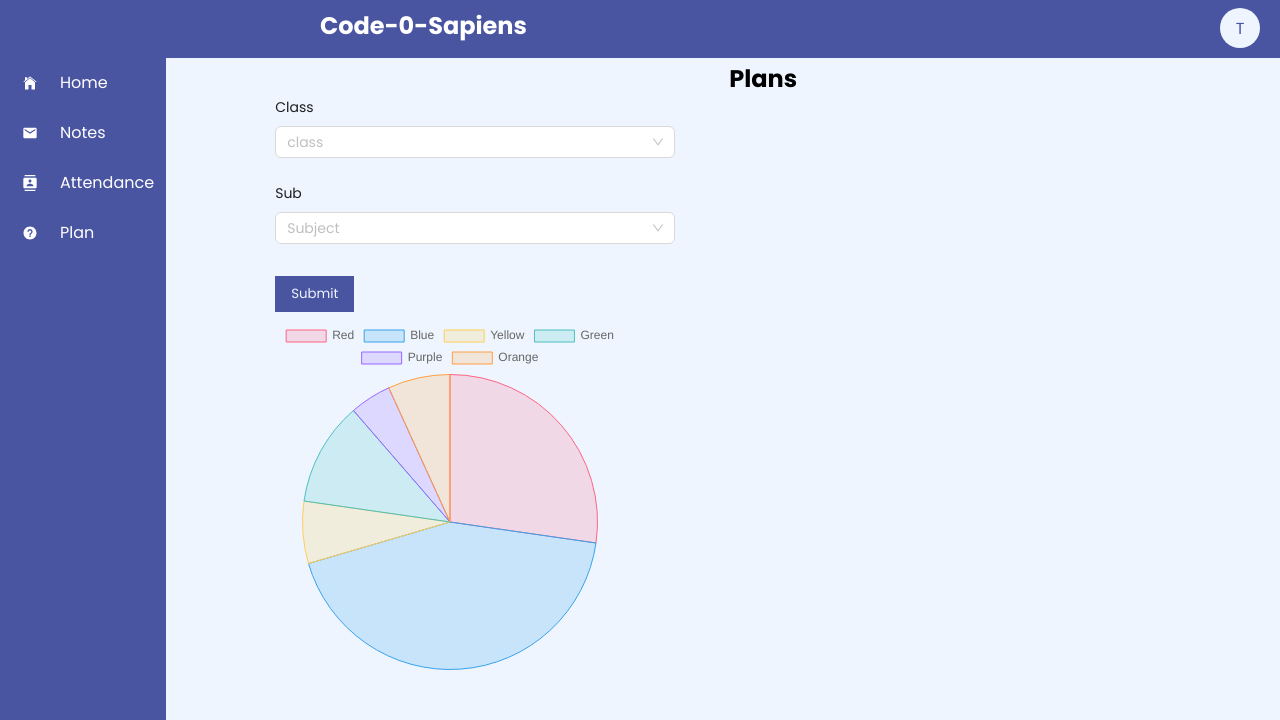
Repository: sinchana-P/code-0-sapiens
Page: /plans (app in client/)
These files come from the project's save history. The page is drawn as it stood at one moment and after the next save; the edit follows.
The browser window is 1280 px wide. The pictures show the whole page.
The project was rebuilt for these pictures with package versions that can differ from the ones it lists, and the page was loaded fresh each time. Also part of the build but not shown: client/src/components/auth/login/FormLayoutLogin.jsx, client/src/components/auth/login/Login.jsx, client/src/components/auth/register/FormLayoutRegister.jsx, client/src/components/auth/register/Register.jsx, client/src/components/homeScene/Home.jsx, client/src/components/notes/Notes.jsx, client/src/components/attendance/Attendance.jsx, client/src/components/profile/Profile.jsx and 5 more.

Above is the page before, as saved 2024-03-01 07:36:14.

### client/public/index.html
<!DOCTYPE html>
<html lang="en">
  <head>
    <meta charset="utf-8" />
    <link rel="icon" href="%PUBLIC_URL%/favicon.ico" />
    <meta name="viewport" content="width=device-width, initial-scale=1" />
    <meta name="theme-color" content="#000000" />
    <meta
      name="description"
      content="Web site created using create-react-app"
    />
    <link rel="apple-touch-icon" href="%PUBLIC_URL%/logo192.png" />
    <!--
      manifest.json provides metadata used when your web app is installed on a
      user's mobile device or desktop. See https://developers.google.com/web/fundamentals/web-app-manifest/
    -->
    <link rel="manifest" href="%PUBLIC_URL%/manifest.json" />
    <!--
      Notice the use of %PUBLIC_URL% in the tags above.
      It will be replaced with the URL of the `public` folder during the build.
      Only files inside the `public` folder can be referenced from the HTML.

      Unlike "/favicon.ico" or "favicon.ico", "%PUBLIC_URL%/favicon.ico" will
      work correctly both with client-side routing and a non-root public URL.
      Learn how to configure a non-root public URL by running `npm run build`.
    -->
    <link rel="preconnect" href="https://fonts.googleapis.com">
<link rel="preconnect" href="https://fonts.gstatic.com" crossorigin>
<link href="https://fonts.googleapis.com/css2?family=Poppins:ital,wght@0,100;0,200;0,300;0,400;0,500;0,600;0,700;0,800;0,900;1,100;1,200;1,300;1,400;1,500;1,600;1,700;1,800;1,900&display=swap" rel="stylesheet">
    <title>Code-0-Sapiens</title>
  </head>
  <body>
    <noscript>You need to enable JavaScript to run this app.</noscript>
    <div id="root"></div>
    <!--
      This HTML file is a template.
      If you open it directly in the browser, you will see an empty page.

      You can add webfonts, meta tags, or analytics to this file.
      The build step will place the bundled scripts into the <body> tag.

      To begin the development, run `npm start` or `yarn start`.
      To create a production bundle, use `npm run build` or `yarn build`.
    -->
  </body>
</html>

### client/src/index.js
import React from 'react';
import ReactDOM from 'react-dom/client';
import './index.css';
import App from './App';
import reportWebVitals from './reportWebVitals';
import { BrowserRouter } from 'react-router-dom'
import { apiSlice } from './api/apiSlice';
import {ApiProvider} from '@reduxjs/toolkit/query/react'

const root = ReactDOM.createRoot(document.getElementById('root'));
root.render(
  <BrowserRouter>
    <React.StrictMode>
      <ApiProvider api={apiSlice}>
        <App />
      </ApiProvider>
    </React.StrictMode>
  </BrowserRouter>,
);

// If you want to start measuring performance in your app, pass a function
// to log results (for example: reportWebVitals(console.log))
// or send to an analytics endpoint. Learn more: https://bit.ly/CRA-vitals
reportWebVitals();

### client/src/App.jsx

import './App.css';
import { useState } from 'react';
import { Routes, Route } from 'react-router-dom'
import Login from './components/auth/login/Login'
import Register from './components/auth/register/Register';
import Topbar from './components/global/topbar/Topbar';
import Sidebar from './components/global/sidebar/Sidebar';
import Home from './components/homeScene/Home';
import Notes from './components/notes/Notes';
import Plans from './components/plans/Plans';
import Attendance from './components/attendance/Attendance';
import Profile from './components/profile/Profile';
import StudentSidebar from './components/global/sidebar/StudentSidebar';
import StdHome from './components/stdHome/StdHome';
import StdAttendance from './components/stdAttendance/StdAttendance'
import StdNotes from './components/stdNotes/StdNotes';
import StdDoubts from './components/stdDoubts/StdDoubts';

function App() {
  const [userRole, setUserRole] = useState('Teacher')

  return (
    <div className="App">
      <div className='app-container'>

      <Topbar userRole={userRole}/>

        <div className='main-content'>
          <div className='left-content-container'>

          {
            userRole === 'Teacher' ? (<Sidebar /> ) : (<StudentSidebar /> )
          }

          </div>
          <div className='right-content-container'>
            <Routes>
              <Route path='/login' element={ <Login/> } />
              <Route path='/register' element={ <Register/> } />
              <Route path='/home' element={ <Home/> } />
              <Route path='/notes' element={ <Notes/> } />
              <Route path='/attendance' element={ <Attendance/> } />
              <Route path='/plans' element={ <Plans/> } />
              {/* <Route path='/profile' element={ <Profile/> } /> */}
              <Route path='/student' element={ <StdHome/> } />
              <Route path='/student/attendance' element={ <StdAttendance/> } />
              <Route path='/student/attendance' element={ <StdNotes/> } />
              <Route path='/student/attendance' element={ <StdDoubts/> } />
            </Routes>
          </div>
        </div>
      </div>

    </div>
  );
}

export default App;

### client/src/api/apiSlice.js
import {createApi,fetchBaseQuery} from '@reduxjs/toolkit/query/react'


export const apiSlice = createApi({
       reducerPath:"api",
       baseQuery:fetchBaseQuery({baseUrl:""}),
       tagTypes:['auth', 'student'],
       endpoints:(builder)=>({
        register: builder.mutation({
            query: (data) => ({
                url: '/register',
                method: "POST",
                body: data
            }),
            invalidatesTags:['auth']
        }),
        login: builder.mutation({
            query: (data) => ({
                url: '/login',
                method: "POST",
                body: data
            }),
            invalidatesTags:['auth']
        }),
            //   getTodos:builder.query({
            //          query:()=>'/auth',
            //          transformResponse: (res: Todo[]) =>  {
            //                 // Ensure res is an array before sorting
            //                 console.log(res);

            //                 if (Array.isArray(res)) {
            //                     return res.sort((a, b) => b.id - a.id);
            //                 } else {
            //                     return res;
            //                 }
            //             },

            //          providesTags:['todos']
            //   }),
            //   addTodo:builder.mutation({
            //          query:(todo)=>({
            //                 url:'/todos',
            //                 method:"POST",
            //                 body:todo
            //          }),
            //          invalidatesTags:['todos']
            //   }),
            //   updateTodo:builder.mutation({
            //          query:(todo)=>({
            //                 url:/todos/${todo.id},
            //                 method:'PATCH',
            //                 body:todo
            //          }),
            //          invalidatesTags:['todos']
            //   }),
            //   deleteTodo:builder.mutation({
            //          query:(id)=>({

            //                 url:/todos/${id},
            //                 method:'DELETE',
            //                 body:id
            //          }),
            //          invalidatesTags:['todos']
            //   })

       })
})

export const { useRegisterMutation,useLoginMutation } = apiSlice

### client/src/App.css
@import url('https://fonts.googleapis.com/css2?family=Poppins:ital,wght@0,100;0,200;0,300;0,400;0,500;0,600;0,700;0,800;0,900;1,100;1,200;1,300;1,400;1,500;1,600;1,700;1,800;1,900&display=swap');

* {
  font-family: "Poppins", sans-serif;
}

/* --- */
.full-width-container {
  width: 100%;
  display: flex;
  justify-content: center;
  align-items: center;
}
/* --- */

.right-content-container {
  background-color: #EEF5FF;
  display: flex;
  align-items: start;
  justify-content: center;
}

.app-container {
  display: flex;
  flex-direction: column;
}

.main-content {
  display: flex;
  flex-direction: row;
}

.left-content-container {
  width: 13vw;
}

.right-content-container {
  width: 87vw;

}

### client/src/components/global/topbar/Topbar.jsx
import React, {useState} from 'react'
import './Topbar.css'

const Topbar = ({userRole}) => {
  // const [userRole, setUserRole] = useState('Teacher')

  return (
    <div className='topbar-container'>
        <h2 style={{textAlign: 'left'}} className='logo-text'>Code-0-Sapiens</h2>

        <div className='profile-div'>
          {userRole === 'Teacher' ? 'T' : (userRole === 'Student' ? 'S' : '')}
        </div>
    </div>
  )
}

export default Topbar

### client/src/components/global/sidebar/Sidebar.jsx
import './Sidebar.css'
import { SidebarData } from './SidebarData';
import { Link, NavLink } from 'react-router-dom';


const Sidebar=()=> {
  return (
    <div className='sidebar'>
       <ul className='sidebarList'>
        {
        SidebarData.map((value,key)=>{
            return (
              <NavLink to={value.route} key={key} className='row' >
                <div id='icon'>{value.icon}</div>
                <div id='title'>{value.title}</div>
              </NavLink>
            )
        })
        }
       </ul>
    </div>
  )
}

export default Sidebar

### client/src/components/plans/Plans.jsx
import React, {useState} from 'react';
import { Form, Select, Checkbox } from 'antd';
import './Plans.css'
import { Chart as ChartJS, ArcElement, Tooltip, Legend } from 'chart.js';
import { Pie } from 'react-chartjs-2';


const SidebarData = [
  {
    cls_id: '8',
    sub_id: '1',
    mod_id: 'Module 1',
    chp_id: 'Chapter 1',
    completed: true
  },
  {
    cls_id: '8',
    sub_id: '1',
    mod_id: 'Module 1',
    chp_id: 'Chapter 2',
    completed: false
  },
  {
    cls_id: '8',
    sub_id: '1',
    mod_id: 'Module 1',
    chp_id: 'Chapter 3',
    completed: true
  },
  {
    cls_id: '8',
    sub_id: '1',
    mod_id: 'Module 1',
    chp_id: 'Chapter 4',
    completed: false
  },
  {
    cls_id: '8',
    sub_id: '1',
    mod_id: 'Module 1',
    chp_id: 'Chapter 5',
    completed: true
  },
  {
    cls_id: '8',
    sub_id: '1',
    mod_id: 'Module 2',
    chp_id: 'Chapter 1',
    completed: false
  },
  {
    cls_id: '8',
    sub_id: '1',
    mod_id: 'Module 2',
    chp_id: 'Chapter 2',
    completed: true
  },
  {
    cls_id: '8',
    sub_id: '1',
    mod_id: 'Module 2',
    chp_id: 'Chapter 3',
    completed: true
  },
  {
    cls_id: '8',
    sub_id: '1',
    mod_id: 'Module 2',
    chp_id: 'Chapter 4',
    completed: true
  },
  {
    cls_id: '8',
    sub_id: '1',
    mod_id: 'Module 2',
    chp_id: 'Chapter 5',
    completed: true
  }
];

const CheckboxGroup = Checkbox.Group;
ChartJS.register(ArcElement, Tooltip, Legend);

const Plans = () => {

    const [isSubmit, setIsSubmit] = useState(false)

    const data = {
      labels: ['Red', 'Blue', 'Yellow', 'Green', 'Purple', 'Orange'],
      datasets: [
        {
          label: '# of Votes',
          data: [12, 19, 3, 5, 2, 3],
          backgroundColor: [
            'rgba(255, 99, 132, 0.2)',
            'rgba(54, 162, 235, 0.2)',
            'rgba(255, 206, 86, 0.2)',
            'rgba(75, 192, 192, 0.2)',
            'rgba(153, 102, 255, 0.2)',
            'rgba(255, 159, 64, 0.2)',
          ],
          borderColor: [
            'rgba(255, 99, 132, 1)',
            'rgba(54, 162, 235, 1)',
            'rgba(255, 206, 86, 1)',
            'rgba(75, 192, 192, 1)',
            'rgba(153, 102, 255, 1)',
            'rgba(255, 159, 64, 1)',
          ],
          borderWidth: 1,
        },
      ],
    };

  // Grouping chapters by module
  const groupedChapters = SidebarData.reduce((acc, curr) => {
    const { mod_id, chp_id } = curr;
    if (!acc[mod_id]) {
      acc[mod_id] = [];
    }
    acc[mod_id].push(chp_id);
    console.log('acc');
    console.log(acc);
    return acc;
  }, {});

  const handleSubmit = () => {
    setIsSubmit(true)
  }

  return (
    <div className='plans-main'>
      <h2 className='heading'>Plans</h2>

         <div className='plans-container'>
            <div>
                <Form
                layout="vertical"
                name="basic"
                labelCol={{ span: 8 }}
                wrapperCol={{ span: 16 }}
                style={{ maxWidth: 600 }}
                initialValues={{ remember: true }}
                autoComplete="off"
            >
                <Form.Item label="Class" rules={[{ required: true, message: 'Please select class!' }]}>
                <Select placeholder="class">
                    <Select.Option value="class8">Class 8</Select.Option>
                    <Select.Option value="class9">Class 9</Select.Option>
                    <Select.Option value="class10">Class 10</Select.Option>
                </Select>
                </Form.Item>
                <Form.Item label="Sub" rules={[{ required: true, message: 'Please select class!' }]}>
                <Select placeholder="Subject">
                    <Select.Option value="maths">Maths</Select.Option>
                    <Select.Option value="science">Science</Select.Option>
                    <Select.Option value="social">Social</Select.Option>
                </Select>
                </Form.Item>
            </Form>

            <button onClick={handleSubmit}>Submit</button>

                <div>
                    {isSubmit && (
                        <>
                        {Object.keys(groupedChapters).map((module, index) => (

                          <div key={index} className='module-chapters-checkbox'>
                          <h3>{module}</h3>
                          <CheckboxGroup>
                              {groupedChapters[module].map((chapter, i) => (
                              <Checkbox checked key={i} value={chapter} style={{width: '1200px'}} >
                                  {chapter}
                              </Checkbox>
                              ))}
                          </CheckboxGroup>

                          </div>

                      ))}
                      <button>Update Plan</button>
                        </>
                    )}
                </div>
            </div>

            <div style={{width:'350px', height: '350px'}} className='pie-container'>
              <Pie
                data={data}
                width={50}
                height={50}
              />
            </div>
         </div>





    </div>



  );
}

export default Plans;

### client/src/components/auth/login/Login.css
.login-container{
    padding: 1rem 0;
    /* background-color: pink; */
    width: 50vw;

}

h2 {
    text-align: center;
    margin-left: 20rem;
}

### client/src/components/auth/register/Register.css
.register-container{
    padding: 1rem 0;
    /* background-color: pink; */
    width: 50vw;

}

h2 {
    text-align: center;
    margin-left: 20rem;
}

### client/src/components/global/topbar/Topbar.css
.topbar-container {
    background-color: #4A55A2;
    min-width: 95vw;
    height: 4rem;
    display: flex;
    flex-direction: row;
    justify-content: space-between;
}

.profile-div {
    background-color: #EEF5FF;
    color: #4a55a2;
    width: 40px;
    height: 40px;
    border-radius: 50%;
    display: flex;
    justify-content: center;
    align-items: center;
    margin-top: 8px;
    margin-right: 20px;
}

.logo-text {
    color: white;
    /* text-align: center; */
    margin-top: 0.5rem;
}

### client/src/components/global/sidebar/Sidebar.css
*{
    margin: 0;
    padding: 0;
  }
  .App{
    width: 100vw;
    height: 100vh;
    display: flex;
  }

  .sidebar{
    height: 92vh;
    width: 200px;
    background-color: #4A55A2;
  }

  .sidebarList{
    height: auto;
    width: 100%;
    padding: 0;
  }

  .sidebarList .row{
    width: 100%;
    height: 50px;
    list-style-type: none;
    margin: 0;
    display: flex;
    flex-direction: row;
    color: white;
    justify-content: center;
    align-items: center;
    text-decoration: none;
  }

  .sidebarList .row:hover{
    cursor: pointer;
    background-color: #EEF5FF;
    color: black;

  }

  .row #icon{
    flex: 30%;
    display: grid;
    place-items: center;
  }

  .row #title{
    flex: 70%;
  }

  .row .active {
    background-color: #EEF5FF;
    color: black;
  }

### client/src/components/global/sidebar/SidebarData.js
import { IoIosHome,IoMdHelpCircle } from "react-icons/io";
import { MdEmail,MdContacts } from "react-icons/md";
import { FaRegCalendarCheck } from "react-icons/fa";


export const SidebarData=[
       {
              title:"Home",
              icon:<IoIosHome />,
              route:"/"
       },
       {
              title:"Notes",
              icon:<MdEmail />,
              route:"/notes"
       },
       {
              title:"Attendance",
              icon:<MdContacts />,
              route:"/attendance"
       },
       {
              title:"Plan",
              icon:<IoMdHelpCircle />,
              route:"/plans"
       },
       // {
       //        title:"Profile",
       //        icon:<FaRegCalendarCheck />,
       //        route:"/profile"
       // },
]

### client/src/components/notes/Notes.css
.notes-main {
    width: 87vw;
}

.heading {
    margin-left: 28rem;
}

.notes-container{
    margin: 1rem 18rem;
}

.notes-form-container {
    padding: 1rem 0;
}

.notes-upload-main {
    display: flex;
    flex-direction: row;
}


.notes-upload-container {
    display: flex;
    flex-direction: column;
}

.notes-pdf, .notes-link {
    display: flex;
    flex-direction: row;
    padding: 0.5rem 0;
}

.notes-upload-container {
    padding: 0rem 1rem;
}

p{
    font-weight: bold;
}

### client/src/components/plans/Plans.css
.plans-main{
    width: 70vw;
    padding: 0.2rem 5rem;
    /* max-height: 90vh; */

}

.module-chapters-checkbox {
    display: flex;
    flex-direction: column;
    justify-content: start;
}

.heading {
    margin-left: 5rem;
}

.plans-checkbox-chart-container {
    display: flex;
    flex-direction: row;
    justify-content: space-evenly;

}

### client/src/components/attendance/Attendance.css
.attendance-main {
    /* background-color: pink; */
    width: 80vw;
}

.attendance-class {
    /* background-color: pink; */
}

.attendance-class-inputs-container {
    display: flex;
    flex-direction: row;
    min-width: 80vw;
}

.attendance-class-each {
    width: 15rem;
    margin: 2rem;
}

button {
    background-color: #4a55a2;
    color: #EEF5FF;
    border: none;
    padding: 0.5rem 1rem;
    margin: 0.5rem 0;
}

button:hover {
    background-color: #b9cae3;
    color: #4a55a2;
    cursor: pointer;
}

### client/src/components/global/sidebar/StudentSidebarData.js
import { IoIosHome,IoMdHelpCircle } from "react-icons/io";
import { MdEmail,MdContacts } from "react-icons/md";
import { FaRegCalendarCheck } from "react-icons/fa";


export const StudentSidebarData=[
       {
              title:"Home",
              icon:<IoIosHome />,
              route:"/student"
       },
       {
              title:"Attendance",
              icon:<MdEmail />,
              route:"/student/attendance"
       },
       {
              title:"Notes",
              icon:<MdContacts />,
              route:"/student/notes"
       },
       {
              title:"Doubts",
              icon:<IoMdHelpCircle />,
              route:"/student/doubts"
       },
       // {
       //        title:"Profile",
       //        icon:<FaRegCalendarCheck />,
       //        route:"/profile"
       // },
]

### client/src/components/stdAttendance/StdAttendance.css
.attendance-main {
    /* background-color: pink; */
    width: 87vw;
    padding: 1rem 20rem;
}

.attendance-class {
    /* background-color: pink; */
}

.attendance-class-inputs-container {
    display: flex;
    flex-direction: row;
    min-width: 80vw;
}

.attendance-class-each {
    width: 15rem;
    margin: 2rem;
}

button {
    background-color: #4a55a2;
    color: #EEF5FF;
    border: none;
    padding: 0.5rem 1rem;
    margin: 0.5rem 0;
}

button:hover {
    background-color: #b9cae3;
    color: #4a55a2;
    cursor: pointer;
}

.header {
    margin: 1rem 5rem;
}

Loaded but not shown: client/src/index.css (common file); client/src/reportWebVitals.js (common file)

After the next save:
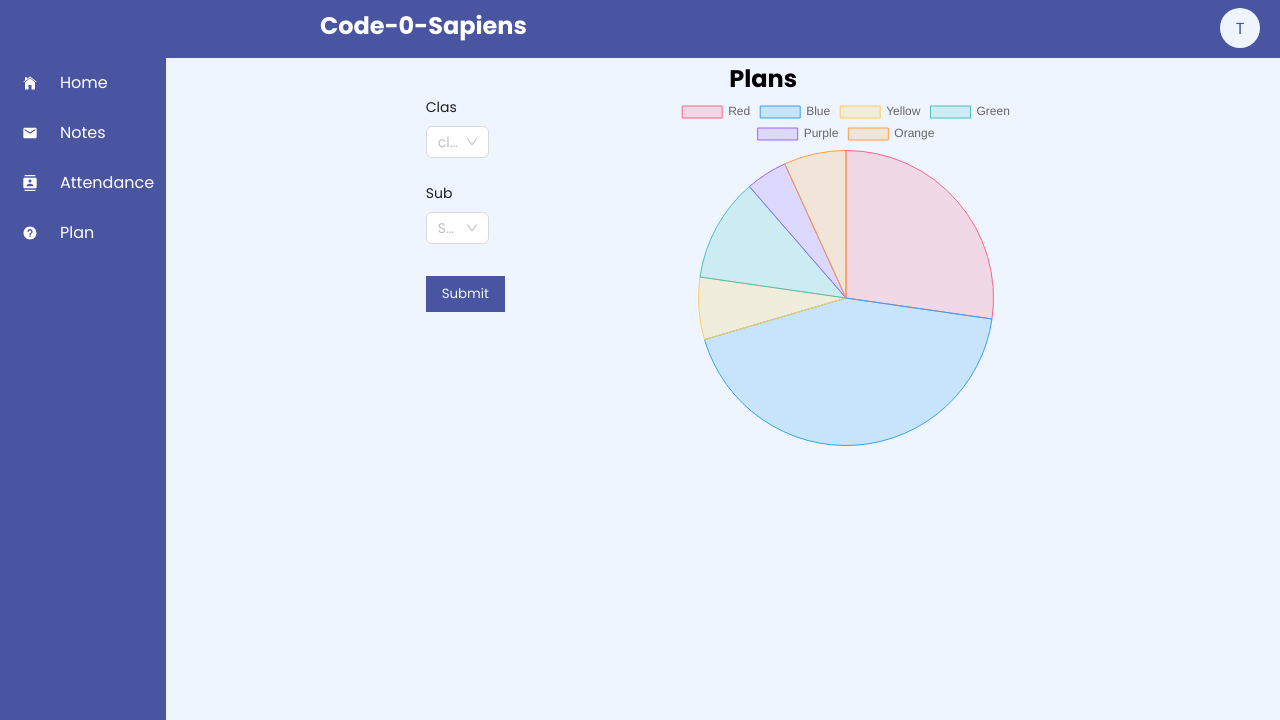
Saved 7 s later.
--- a/client/src/components/plans/Plans.css
+++ b/client/src/components/plans/Plans.css
@@ -15,7 +15,7 @@
     margin-left: 5rem;
 }
 
-.plans-checkbox-chart-container {
+.plans-container {
     display: flex;
     flex-direction: row;
     justify-content: space-evenly;
